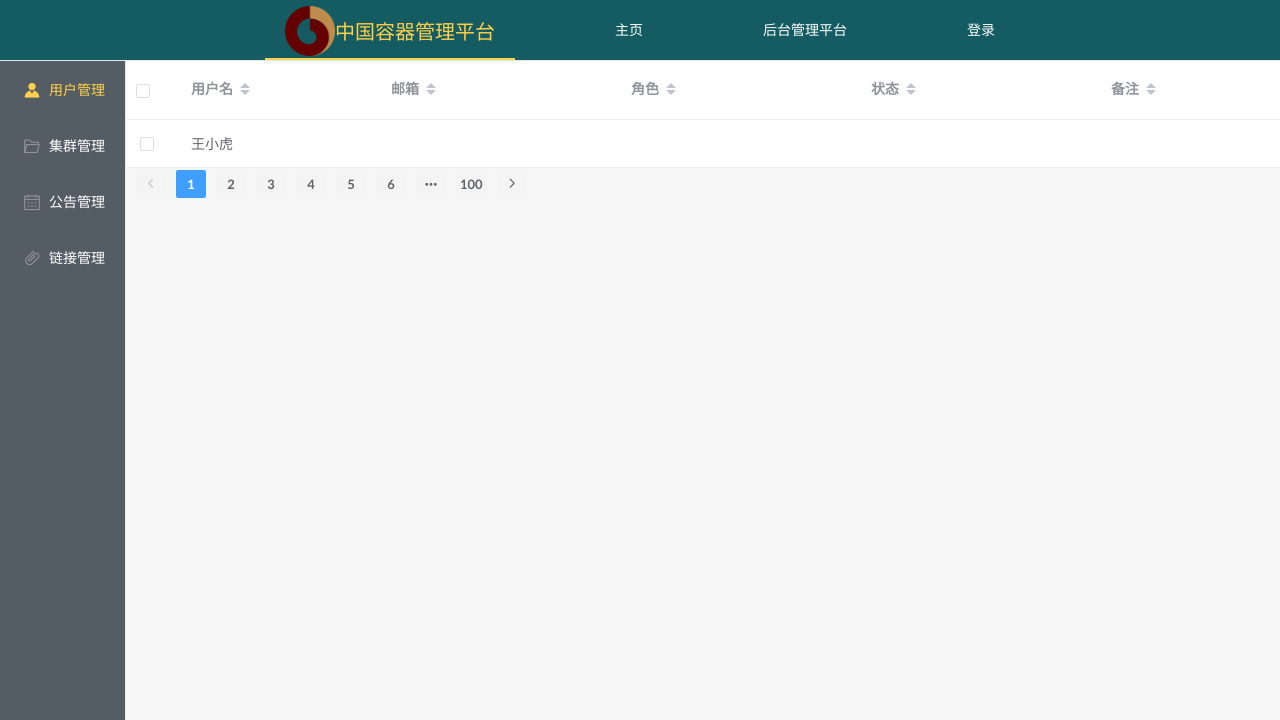
Repository: lei123zhou/zhongjin
Page: /main/management/user
An editor plug-in stored every save of this project. The page is shown before and after a run of saves, followed by the edit.
The browser window is 1280 px wide. The pictures show the whole page.
The project was rebuilt for these pictures with package versions that can differ from the ones it lists, and the page was loaded fresh each time. Also part of the build but not shown: vue.config.js.

Above is the page before, as saved 2022-08-29 22:21:53.

After the next 7 saves:
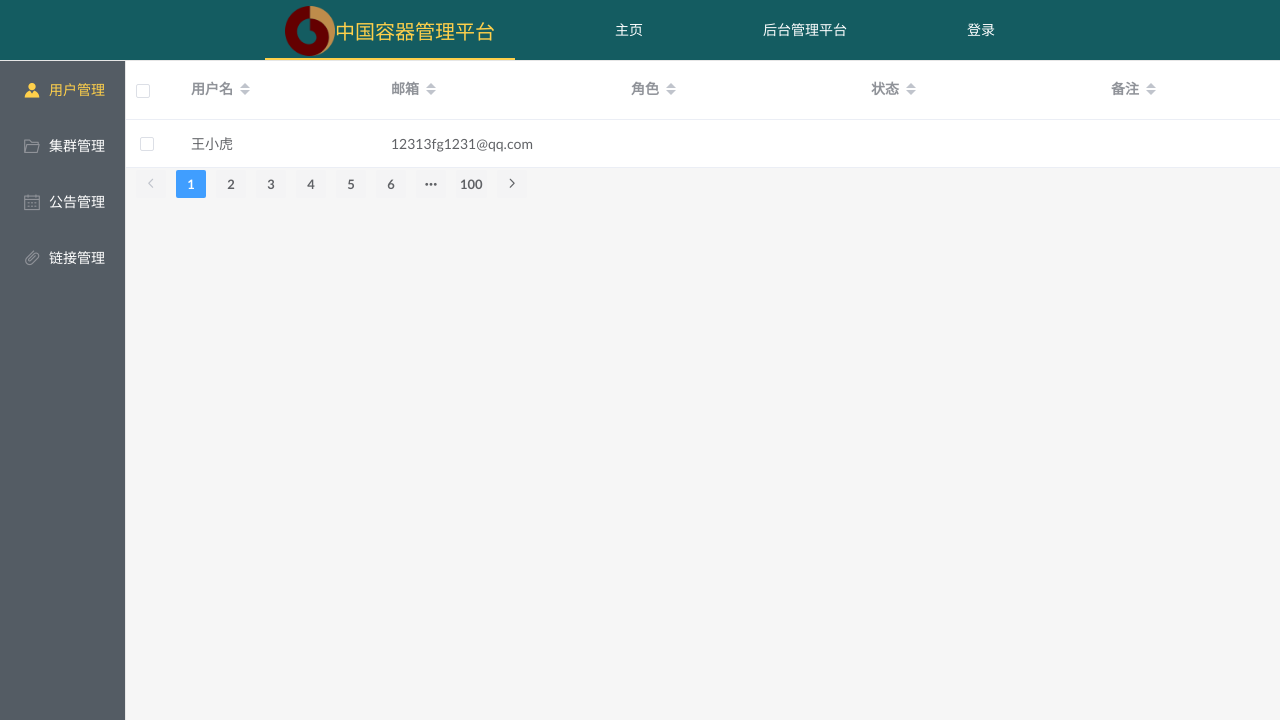
The 7 saves are shown as one change because they came seconds apart.
The last was saved 23 s later.
--- a/src/pages/management/user/UserPage.vue
+++ b/src/pages/management/user/UserPage.vue
@@ -56,6 +56,7 @@ export default {
       tableData: [
         {
           username: "王小虎",
+          email:"12313fg1231@qq.com",
           address: "上海市普陀区金沙江路 1518 弄",
         },
 
